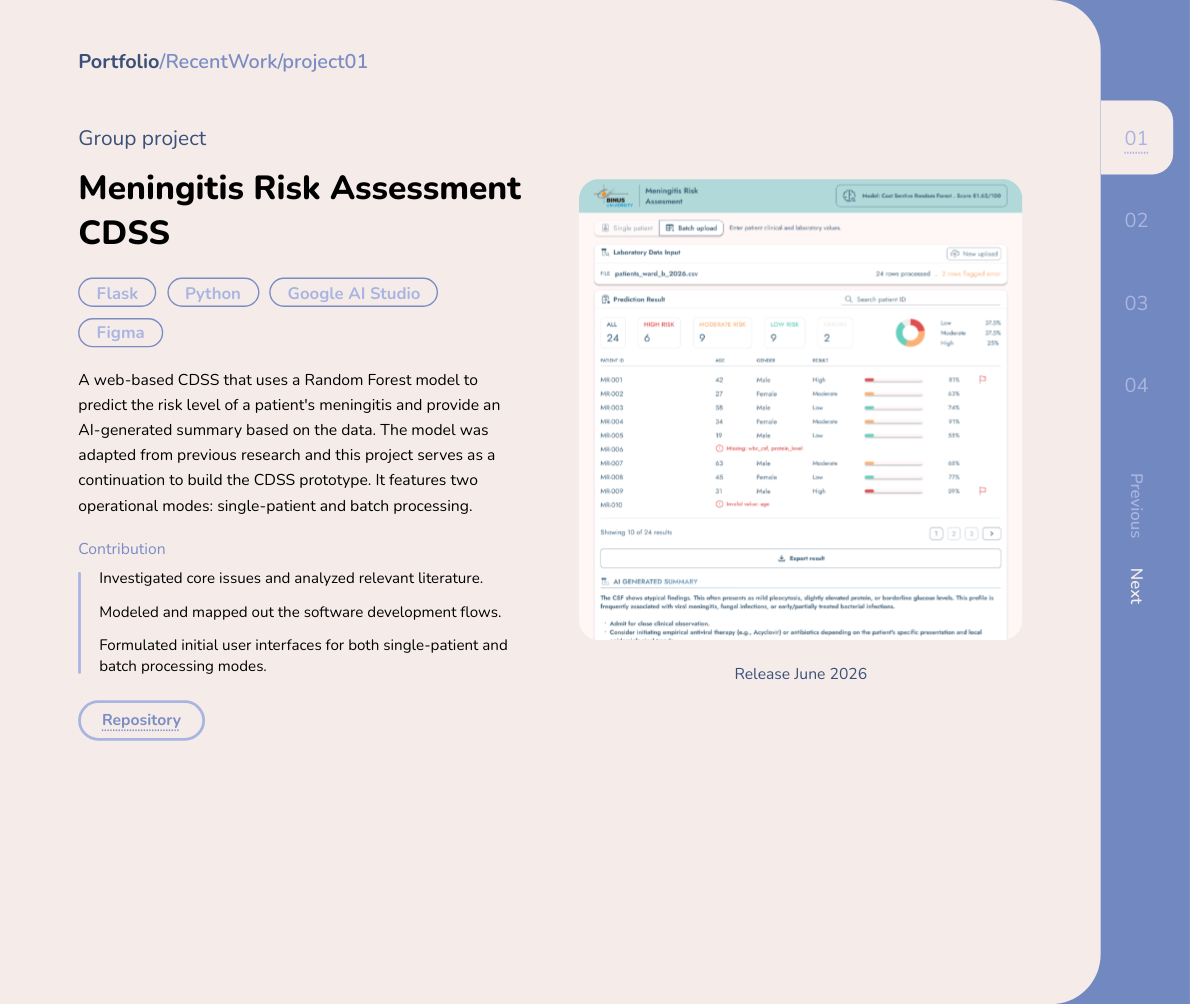
Repository: L-vy/L-vy
Page: /recentworks/project01
The author's editor kept a copy of each file at every save. The page is drawn from the files as they stood at one save, then again after the next save.
The browser window is 1280 px wide. The pictures show the whole page, at 93% of full size.
Some web fonts or font styles are not loaded; a fallback is used. The project was rebuilt for these pictures with package versions that can differ from the ones it lists, and the page was loaded fresh each time. Also part of the build but not shown: vite.config.ts, src/components/Icon.tsx, src/data/site.ts, src/components/useGoTo.ts, src/components/Navbar.tsx, src/components/Hero.tsx, src/components/Reveal.tsx, src/components/Skills.tsx and 9 more.

Above is the page before, as saved 2026-10-07 22:17:17.

After the next save:
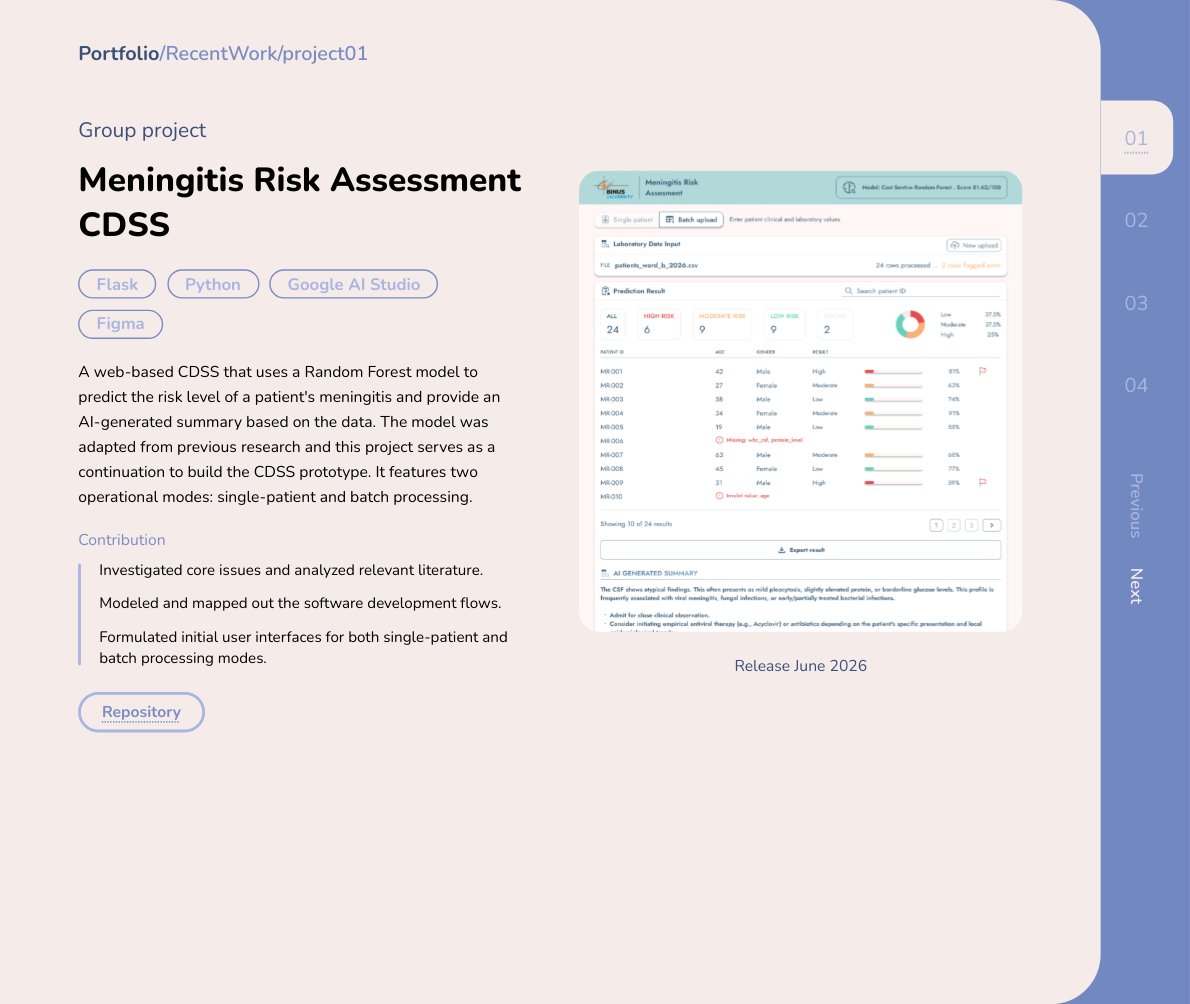
Saved 48 s later.
--- a/src/styles.css
+++ b/src/styles.css
@@ -135,7 +135,7 @@ h1{margin-top:0.25rem;font:400 2.5rem/1.35 'Playwrite US Modern','Nunito',cursiv
 .ci:hover,.ci.pulse{transform:translateY(-0.25rem) scale(1.12)}
 .footer-by{text-align:right;line-height:2;font-size:1rem}
 /* .detail{border-radius:0 0 2.875rem 2.875rem;padding-top:2.875rem;padding-bottom:4.375rem} */
-.detail{flex:1;min-width:0;min-height:100vh;border-radius:0 3rem 3rem 0;padding-top:2.875rem;padding-bottom:4.375rem}
+.detail{flex:1;min-width:0;min-height:100vh;border-radius:0 3rem 3rem 0;padding-top:2.375rem;padding-bottom:4.375rem}
 .detail-grid{display:grid;grid-template-columns:1fr 1fr;gap:3.5rem;align-items:center;margin-top:2.875rem}
 .detail-title{margin:0;font:800 2rem/1.3 'Nunito',sans-serif}
 .detail .pills{margin-top:1.375rem}
